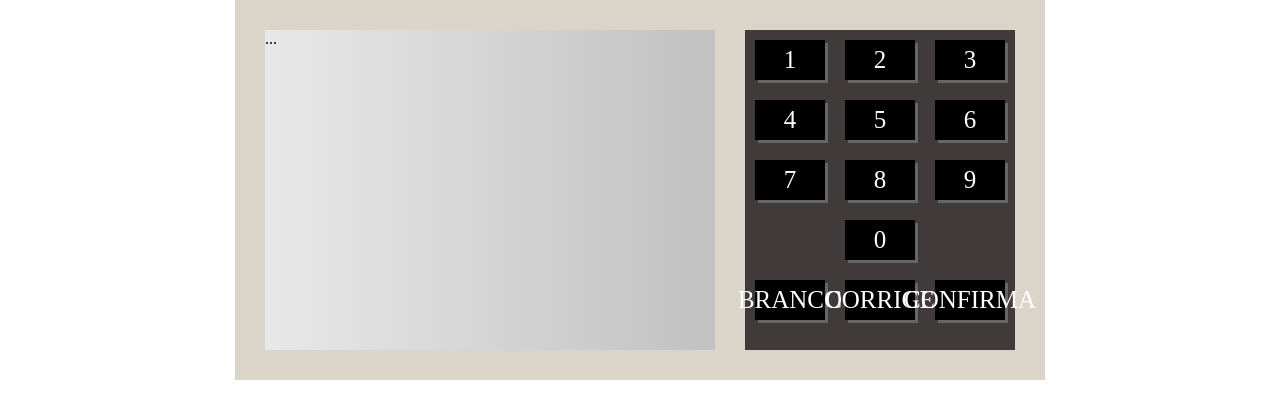
Repository: ThiagoIturra/urnaJs
Page: index.html
These files come from the project's save history. The page is drawn as it stood at one moment and after the next save; the edit follows.
The browser window is 1280 px wide. The pictures show the whole page.

Above is the page before, as saved 2022-01-05 16:04:21.

After the next save:
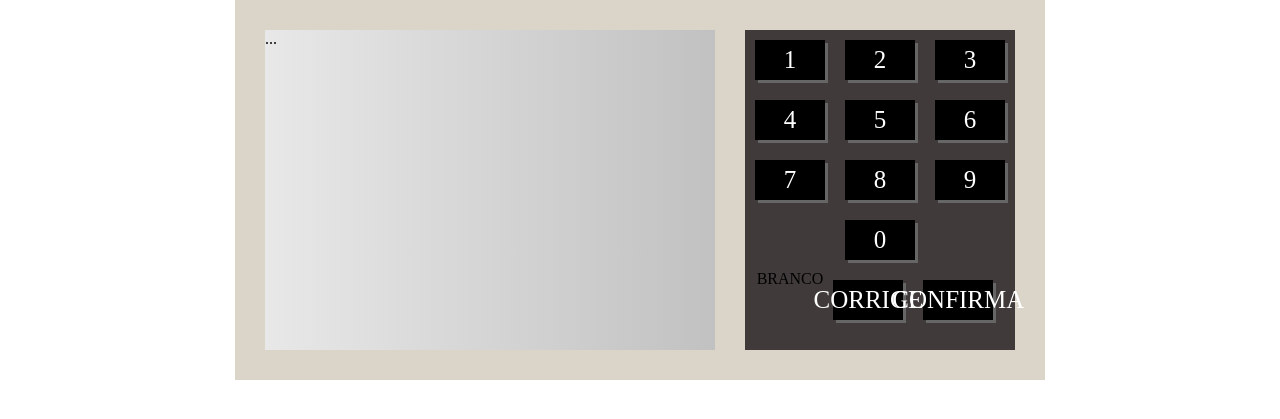
Saved 26 s later.
--- a/index.html
+++ b/index.html
@@ -31,7 +31,7 @@
                 <div class="keyboard--button">0</div>
             </div>
             <div class="keyboard--line">
-                <div class="keyboard--button">BRANCO</div>
+                <div class="keyboard--button--branco">BRANCO</div>
                 <div class="keyboard--button">CORRIGE</div>
                 <div class="keyboard--button">CONFIRMA</div>
             </div>
